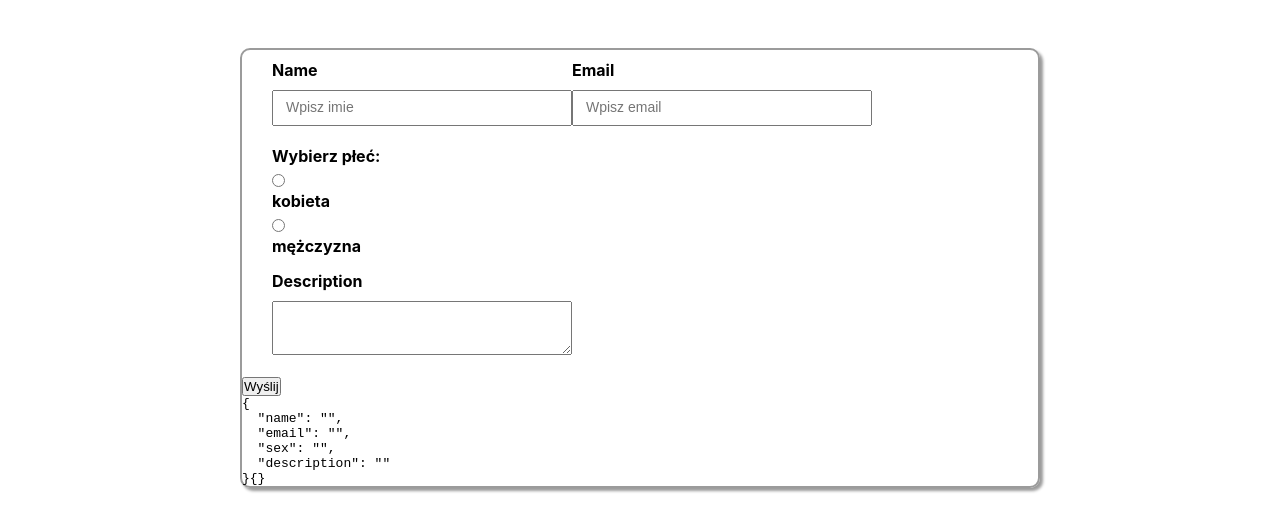
Repository: KrzysKolo/sr_tydzien4_zad3
Page: /
An editor plug-in stored every save of this project. The page is shown before and after the next save, followed by the edit.
The browser window is 1280 px wide. The pictures show the whole page.
The project was rebuilt for these pictures with package versions that can differ from the ones it lists, and the page was loaded fresh each time. Also part of the build but not shown: src/components/FormComponents/TextError.js.

Above is the page before, as saved 2020-11-19 13:41:30.

### src/App.js
import React from 'react';
import './App.css';
import FormikContainer from './components/Formik/FormikContainer';
const App = () => {
  return (
    <main className="App">
      <FormikContainer />
    </main>
   );
}

export default App;

### src/App.css
* {
  margin: 0;
  padding: 0;
  box-sizing: border-box;
}
.form-wrapper {
  margin: 3rem auto;
  width: 800px;
  border: 2px solid rgb(155, 155, 155);
  border-radius: 10px;
  box-shadow: 3px 3px 3px rgb(155, 155, 155);
}
.section {
  display: flex;
  flex-direction: row;
  margin: 10px 30px;
  align-content: space-between;
}
label {
  font-weight: bold;
  display: flex;
  margin-bottom: 5px;
}
input[type="text"],
input[type="email"],
textarea {
  display: block;
  width: 300px;
  padding: 6px 12px;
  font-size: 14px;
  line-height: 1.4285;
  color: #555;
  margin: 10px 0;
}

.error {
  color: red;
}

### src/components/Formik/FormikContainer.js
import React from 'react';
import { Formik, Form } from 'formik';
import * as yup from 'yup';
import FormikControl from './FormikControl';
import RadioOptions from './../../data/RadioOptions';

const FormikContainer = () => {
    const initialValues = {
        name: '',
        email: '',
        sex: '',
        description: '',
    }

    const validationSchema = yup.object({
        name: yup.string().required("Imię jest obowiązkowe!").min(2,"Twóje imię musi mieć więcej niż 2 znaki!").max(30,'Twoje imię może mieć maxymalnie 30 znaków!'),
        email: yup.string().required("Email jest wymagany").email("Adres zawiera błędy"),
        sex: yup.string().required('Zaznacz jedną wartość'),
        description: yup.string().required('Wpisz kilka słów').min(2, "Wpisz co najmniej 2 znaki").max(250, "Możesz wpisać max. 250 znaków"),
    });

    const onSubmit = values => {console.log('Form data: ', values)};
    return (
        <Formik
            initialValues={initialValues}
            validationSchema={validationSchema}
            onSubmit={onSubmit}
        >
            { ({formik, values, errors}) => (
                <Form className="form-wrapper">
                    <section className="section">
                        <FormikControl control='input' type='text' label='Name' name='name' placeholder="Wpisz imie"/>
                        <FormikControl control='input' type='email' label='Email' name='email' placeholder="Wpisz email"/>
                    </section>
                    <section className="section">
                        <FormikControl control='radio' label='Wybierz płeć: ' name='sex' options={RadioOptions}/>
                    </section>
                    <section className="section">
                        <FormikControl control='textarea' label='Description' name='description'/>
                    </section>
                    <button type="submit">Wyślij</button>
                    <pre>
                        {JSON.stringify(values, null, 2)}
                        {JSON.stringify(errors, null, 2)}

                    </pre>

                </Form>
            )

            }

        </Formik>
    )
}
export default FormikContainer;

### src/components/Formik/FormikControl.js
import Input from './../FormComponents/Input';
import Radio from './../FormComponents/Radio';
import TextArea from './../FormComponents/TextArea';

const FormikControl = (props) => {
    const { control, ...rest } = props;
    switch(control) {
        case 'input': return <Input {...rest} />
        case 'radio': return <Radio {...rest} />
        case 'textarea': return <TextArea {...rest} />
        default: return null
    }
}

export default FormikControl;

### src/data/RadioOptions.js
const RadioOptions=[
    { id: 0, value: "kobieta", label: 'kobieta' },
    { id: 1, value: "mężczyzna", label: 'mężczyzna' },
   ];
export default RadioOptions;

### src/components/FormComponents/Input.js
import React from 'react';
import{ Field, ErrorMessage } from 'formik';
import TextError from './TextError';

const Input = (props) => {
    const { label, name, ...rest } = props;
    return (
        <div className="form-control">
             <label htmlFor={name}>{label}</label>
            <Field id={name} name={name} {...rest} />
            <ErrorMessage name={name} component={TextError} />
        </div>
     );
}

export default Input;

### src/components/FormComponents/Radio.js
import React from 'react';
import{ Field, ErrorMessage } from 'formik';
import TextError from './TextError';

const Radio = (props) => {
    const { label, name, options, ...rest } = props;
    return (
        <div className="form-control">
            <label htmlFor={name}>{label}</label>
            <div className="radio-row">
                <Field name={name} {...rest}>
                    {
                    ({ field }) => {
                        return options.map(option => {
                            return (
                                <div className="radio-row" key={option.id} >
                                    <input type='radio' id={option.id} {...field} value={option.value} checked={field.value === option.value}/>
                                    <label htmlFor={option.id}>{option.label}</label>
                                </div>
                            )
                        })
                    }
                    }
                </Field>
            </div>
            <ErrorMessage name={name} component={TextError} />
        </div>
     );
}

export default Radio;

### src/components/FormComponents/TextArea.js
import React from 'react';
import{ Field, ErrorMessage } from 'formik';
import TextError from './TextError';

const TextArea = (props) => {
    const { label, name, ...rest } = props;
    return (
        <div className="form-control">
            <label htmlFor={name}>{label}</label>
            <Field as ='textarea' id={name} name={name} {...rest} />
            <ErrorMessage name={name} component={TextError} />
        </div>
     );
}

export default TextArea;

Loaded but not shown: public/index.html (common file); src/index.js (common file); src/index.css (common file)

After the next save:
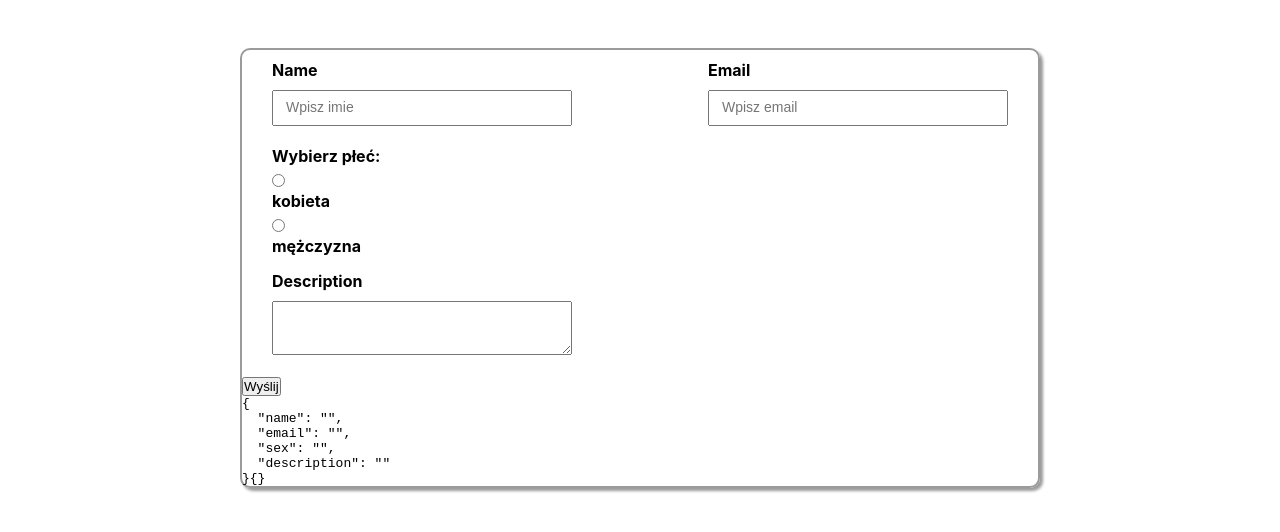
Saved 69 s later.
--- a/src/App.css
+++ b/src/App.css
@@ -14,7 +14,7 @@
   display: flex;
   flex-direction: row;
   margin: 10px 30px;
-  align-content: space-between;
+  justify-content: space-between;
 }
 label {
   font-weight: bold;
